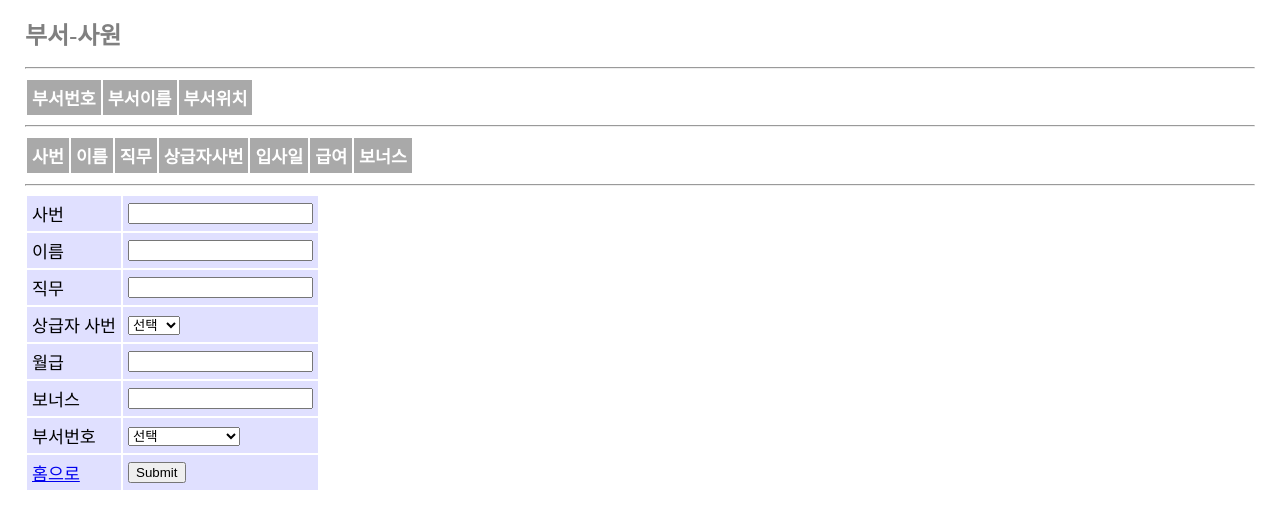
Repository: xlwpdlkim0417/STS4
Page: http://localhost/_sb0322-1/WEB-INF/views/root.jsp
The author's editor kept a copy of each file at every save. The page is drawn from the files as they stood at one save, then again after the next save.
The browser window is 1280 px wide. The pictures show the whole page.
The page is served by Tomcat 9. Nobody is signed in. The template is opened directly, without the code that normally fills it, so the values that code supplies are empty.

Above is the page before, as saved 2024-03-22 09:10:54.

After the next save:
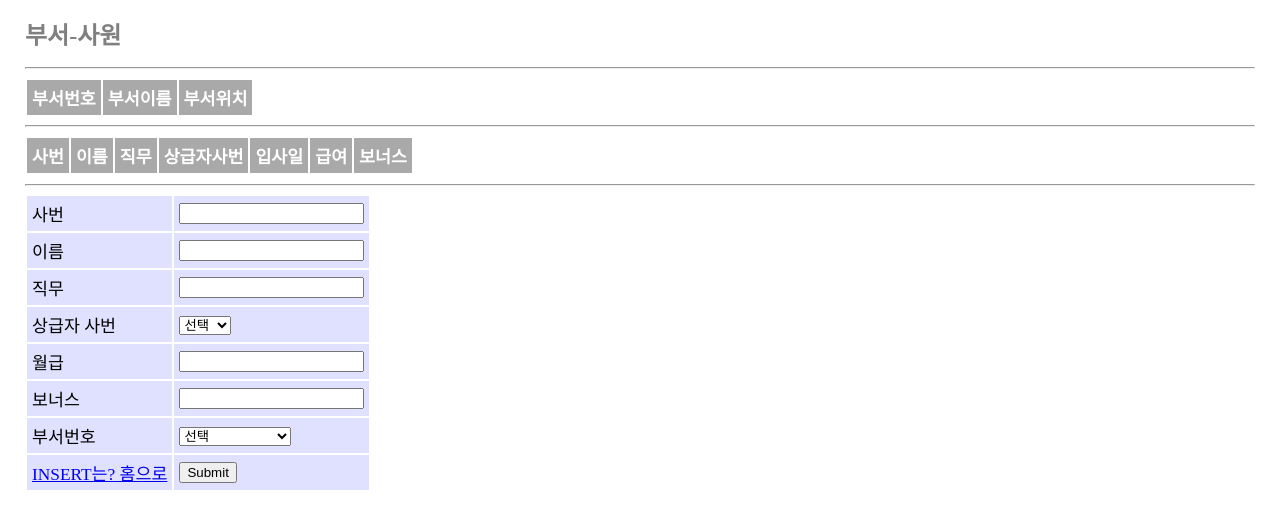
Saved 5 min 28 s later.
--- a/_sb0322-1/src/main/webapp/WEB-INF/views/root.jsp
+++ b/_sb0322-1/src/main/webapp/WEB-INF/views/root.jsp
@@ -126,7 +126,7 @@
 				</select></td>
 			</tr>
 			<tr>
-				<td><a href="/">홈으로</a></td>
+				<td><a href="/">INSERT는? 홈으로</a></td>
 				<td><input type="submit" /></td>
 			</tr>
 		</form>

After the save that followed:
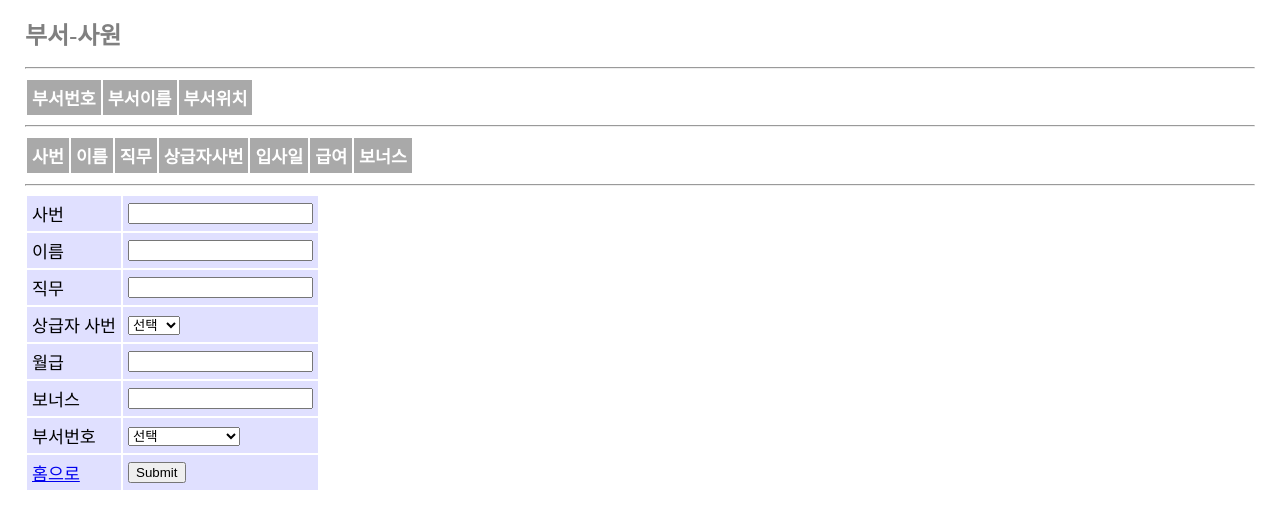
Saved 6 s later.
--- a/_sb0322-1/src/main/webapp/WEB-INF/views/root.jsp
+++ b/_sb0322-1/src/main/webapp/WEB-INF/views/root.jsp
@@ -126,7 +126,7 @@
 				</select></td>
 			</tr>
 			<tr>
-				<td><a href="/">INSERT는? 홈으로</a></td>
+				<td><a href="/">홈으로</a></td>
 				<td><input type="submit" /></td>
 			</tr>
 		</form>
